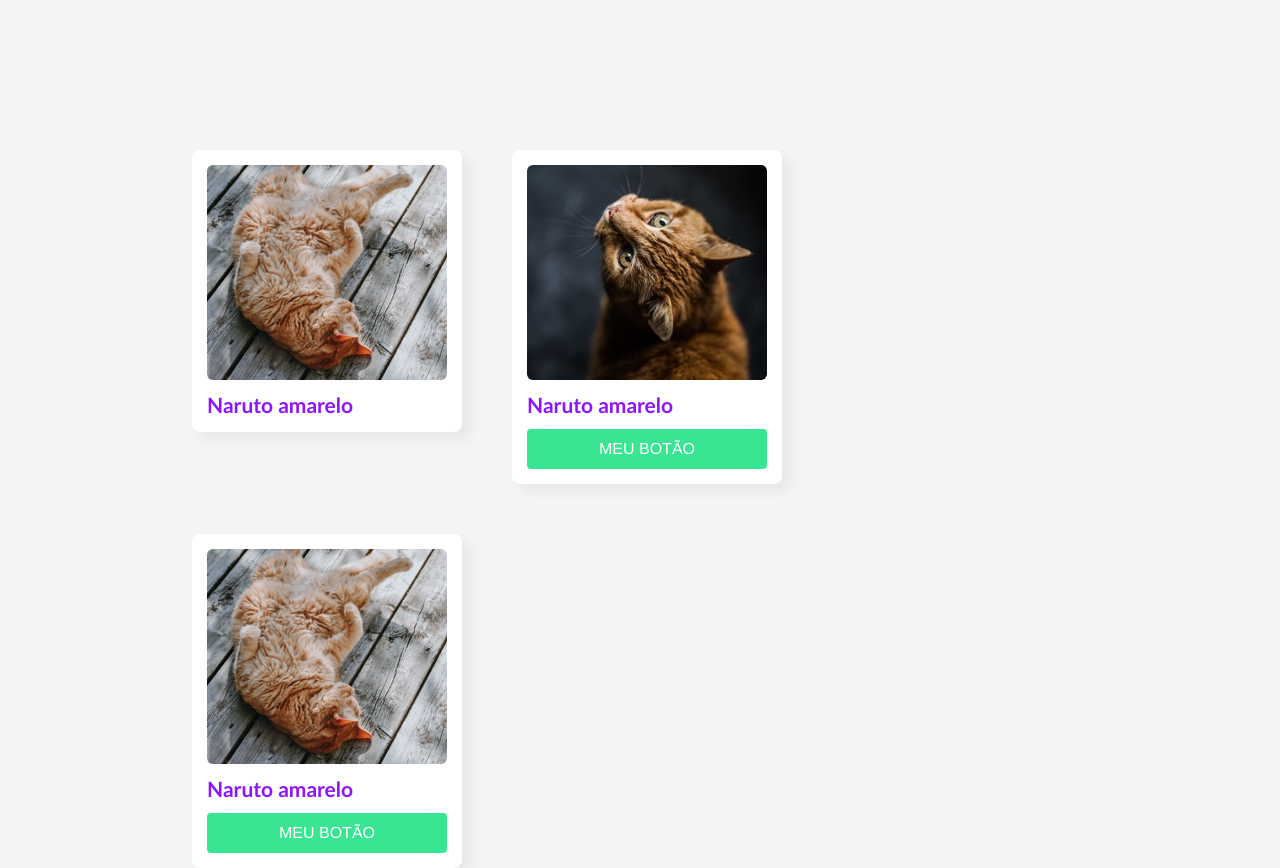
Repository: alessandradiamantino/Curso-Front-End-Design
Page: 1 - Introdução ao HTML e CSS/2 - Exercício CSS/01/codesignerspro-arquivos-exercicio-css-02/codesignerspro-arquivos-exercicio-css-02/index.html
An editor plug-in stored every save of this project. The page is shown before and after the next save, followed by the edit.
The browser window is 1280 px wide. The pictures show the whole page.

Above is the page before, as saved 2023-04-22 09:51:41.

After the next save:
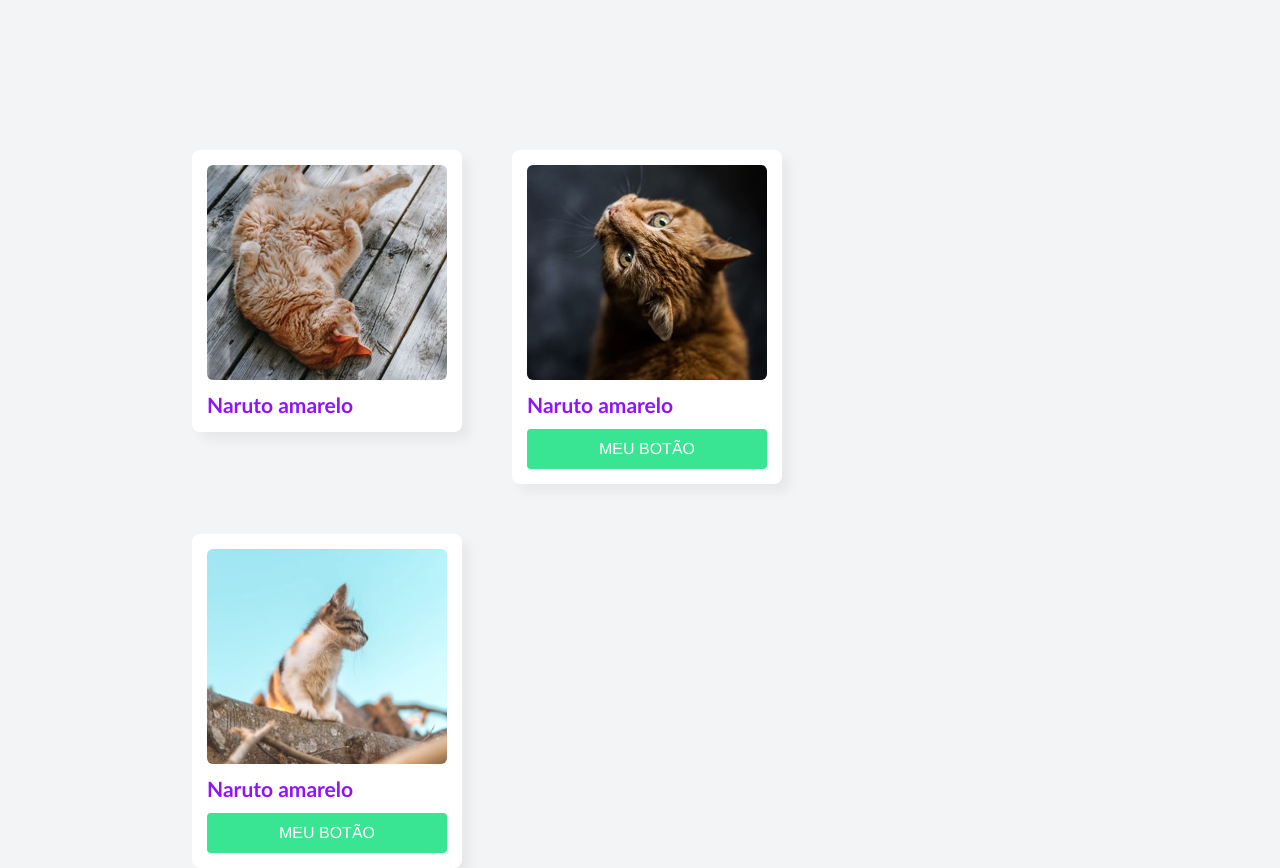
Saved 6 s later.
--- a/1 - Introdução ao HTML e CSS/2 - Exercício CSS/01/codesignerspro-arquivos-exercicio-css-02/codesignerspro-arquivos-exercicio-css-02/index.html
+++ b/1 - Introdução ao HTML e CSS/2 - Exercício CSS/01/codesignerspro-arquivos-exercicio-css-02/codesignerspro-arquivos-exercicio-css-02/index.html
@@ -42,7 +42,7 @@
 
 <div class="card-container">
   <div class="card">
-    <img src="images/gato-01.jpg"
+    <img src="images/gato-03.jpg"
       alt="gato deitado"
       title="gatinho"
       class="card-image"
